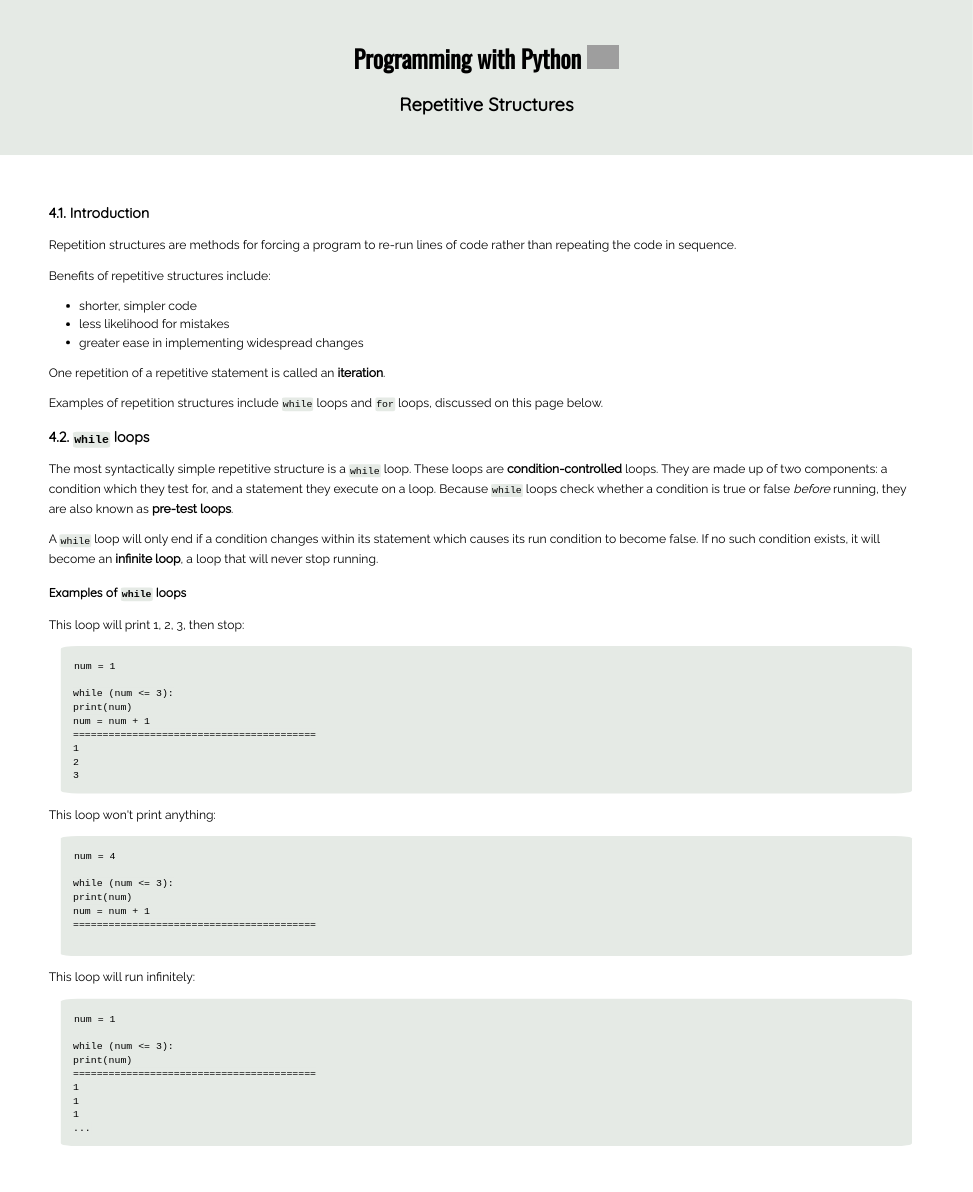
Repository: emnharris/FreeCodeCampChallenges
Page: responsive-web-design/technical-documentation-page/python-tutorial.html
An editor plug-in stored every save of this project. The page is shown before and after the next save, followed by the edit.
The browser window is 1280 px wide. The pictures show the whole page, at 76% of full size.
Pictures or frames that could not be fetched are drawn as grey boxes.

Above is the page before, as saved 2020-04-16 16:02:30.

### responsive-web-design/technical-documentation-page/python-tutorial.html
<!DOCTYPE html>
<html>
    <head>
        <!--Import fonts-->
        <link href="https://fonts.googleapis.com/css2?family=Oswald&family=Quicksand&family=Raleway&display=swap" rel="stylesheet">

        <!--Import stylesheet-->
        <link rel="stylesheet" type="text/css" href="python-tutorial.css">
    </head>

    <body>
        <title>
            Programming with Python: Repetition Structures
        </title>
        <navbar>

        </navbar>
        <header>
            <h1>Programming with Python
            <img src="https://www.stickpng.com/assets/images/5848152fcef1014c0b5e4967.png" alt="python logo" id="logo"></h1>
            <h2>Repetitive Structures</h2>

        </header>
        <main>
            <section id="intro">
                <h3>4.1. Introduction </h3>
                <p>Repetition structures are methods for forcing a program to re-run lines of code rather than repeating the code in sequence.</p>

                <p>Benefits of repetitive structures include:</p>
                <ul>
                    <li>shorter, simpler code</li>
                    <li>less likelihood for mistakes</li>
                    <li>greater ease in implementing widespread changes</li>
                </ul>

                <p>One repetition of a repetitive statement is called an <b>iteration</b>.</p>

                <p>Examples of repetition structures include <code>while</code> loops and <code>for</code> loops, discussed on this page below.</p>
            </section>
            <section id="4.2">
                <h3>4.2. <code>while</code> loops</h3>
                <p>The most syntactically simple repetitive structure is a <code>while</code> loop. These loops are <b>condition-controlled</b> loops. They are made up of two components: a condition which they test for, and a statement they execute on a loop. Because <code>while</code> loops check whether a condition is true or false <i>before</i> running, they are also known as <b>pre-test loops</b>.</p>

                <p>A <code>while</code> loop will only end if a condition changes within its statement which causes its run condition to become false. If no such condition exists, it will become an <b>infinite loop</b>, a loop that will never stop running.</p>

                <h4>Examples of <code>while</code> loops</h4>

                <p>This loop will print 1, 2, 3, then stop:</p>
                <div id="code-block">
                    <code>
                        num = 1
                        <br>
                        <br>while (num <= 3):
                        <br>    print(num)
                        <br>    num = num + 1
                        <br>=========================================
                        <br>1
                        <br>2
                        <br>3
                    </code>
                </div>

                <p>This loop won't print anything:</p>
                <div id="code-block">
                    <code>
                        num = 4
                        <br>
                        <br>while (num <= 3):
                        <br>    print(num)
                        <br>    num = num + 1
                        <br>=========================================
                        <br>
                        <br>
                    </code>
                </div>
                <p>This loop will run infinitely:</p>
                <div id="code-block">
                    <code>
                        num = 1
                        <br>
                        <br>while (num <= 3):
                        <br>    print(num)
                        <br>=========================================
                        <br>1
                        <br>1
                        <br>1
                        <br>...
                    </code>
                </div>
            </section>
        </main>
    </body>
</html>

### responsive-web-design/technical-documentation-page/python-tutorial.css
code {
    background-color: rgb(229, 234, 229);
    padding: .1em;
    border-radius: 10%;
}
#code-block {
    background-color: rgb(229, 234, 229);
    padding: 1em;
    border-radius: 2%;
    width: auto;
    margin: 1em;
}
body {
    margin: 0px;
}
main {
    margin: 5%;
}
h1 {
    font-family: 'Oswald', sans-serif;
    text-align: center;
}
h2 {
    font-family: 'Quicksand', sans-serif;
    text-align: center;
}
h3, h4 {
    font-family: 'Quicksand', sans-serif;
}
p, li {
    font-family: 'Raleway', sans-serif;
    line-height: 1.5em;
}
/* header styling */
header {
    background-color: rgb(229, 234, 229);
    padding: 2em;
}
#logo {
    height: 1em;
    width: auto;
}

After the next save:
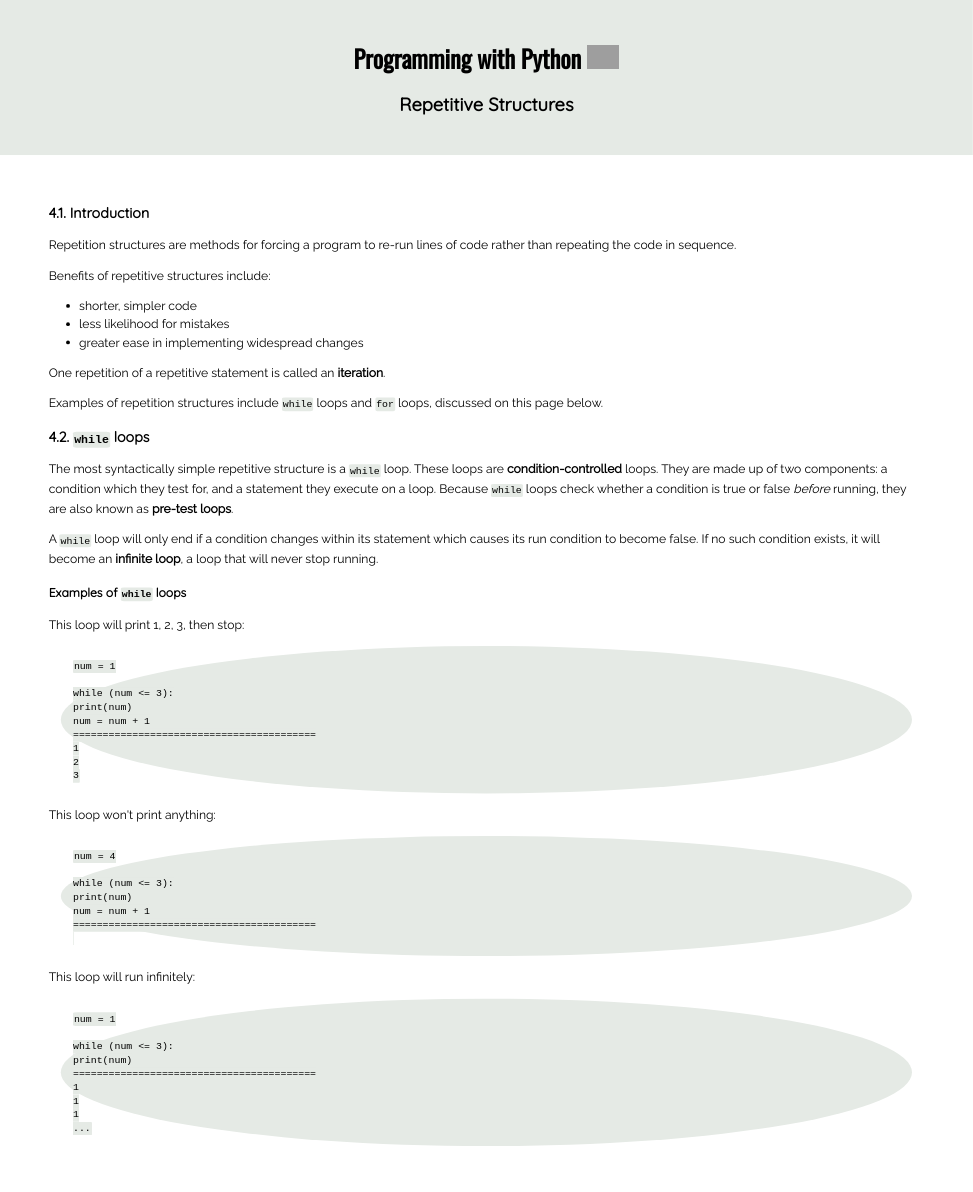
Saved 14 s later.
--- a/responsive-web-design/technical-documentation-page/python-tutorial.css
+++ b/responsive-web-design/technical-documentation-page/python-tutorial.css
@@ -6,7 +6,7 @@
 #code-block {
     background-color: rgb(229, 234, 229);
     padding: 1em;
-    border-radius: 2%;
+    border-radius: 50%;
     width: auto;
     margin: 1em;
 }

After the save that followed:
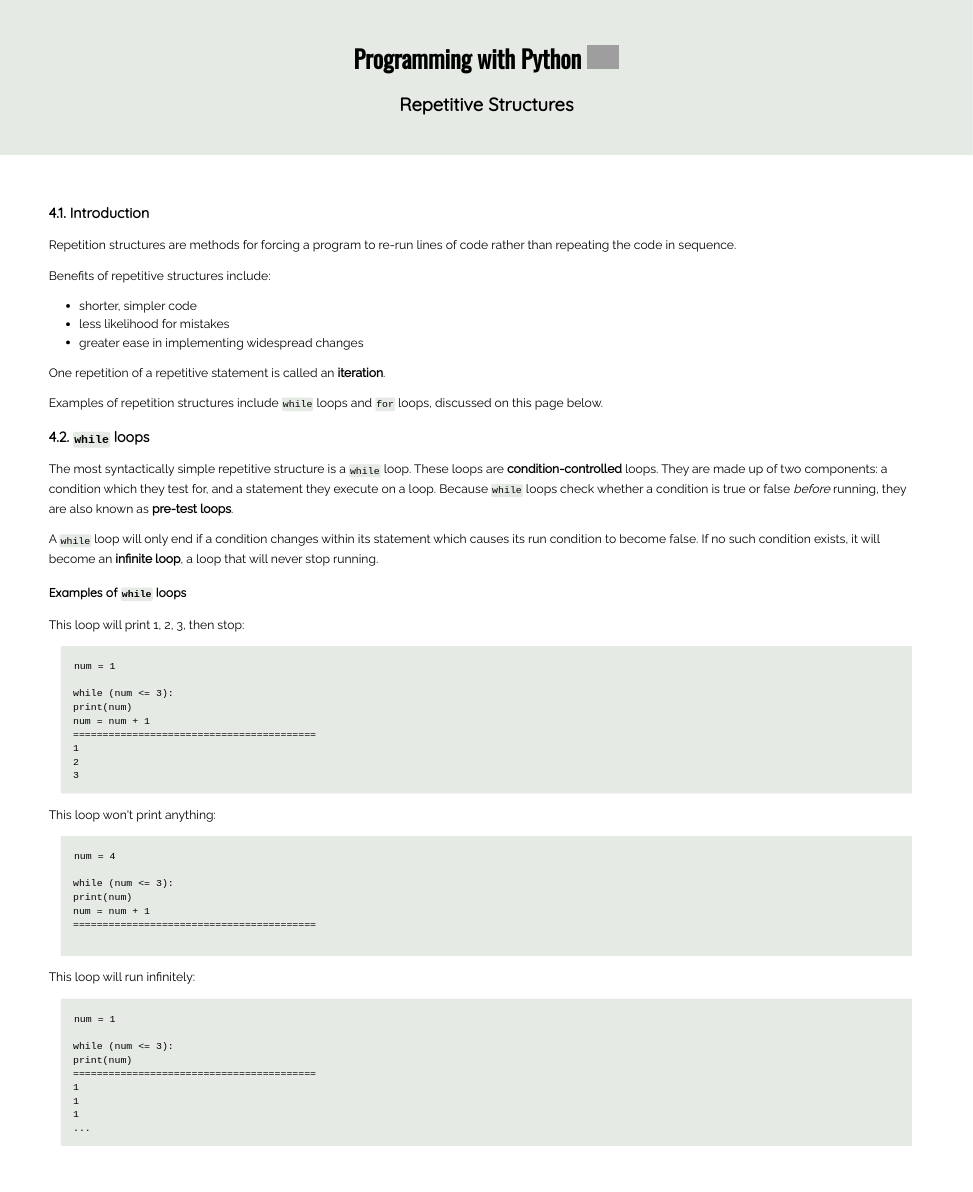
Saved 19 s later.
--- a/responsive-web-design/technical-documentation-page/python-tutorial.css
+++ b/responsive-web-design/technical-documentation-page/python-tutorial.css
@@ -6,7 +6,6 @@
 #code-block {
     background-color: rgb(229, 234, 229);
     padding: 1em;
-    border-radius: 50%;
     width: auto;
     margin: 1em;
 }
